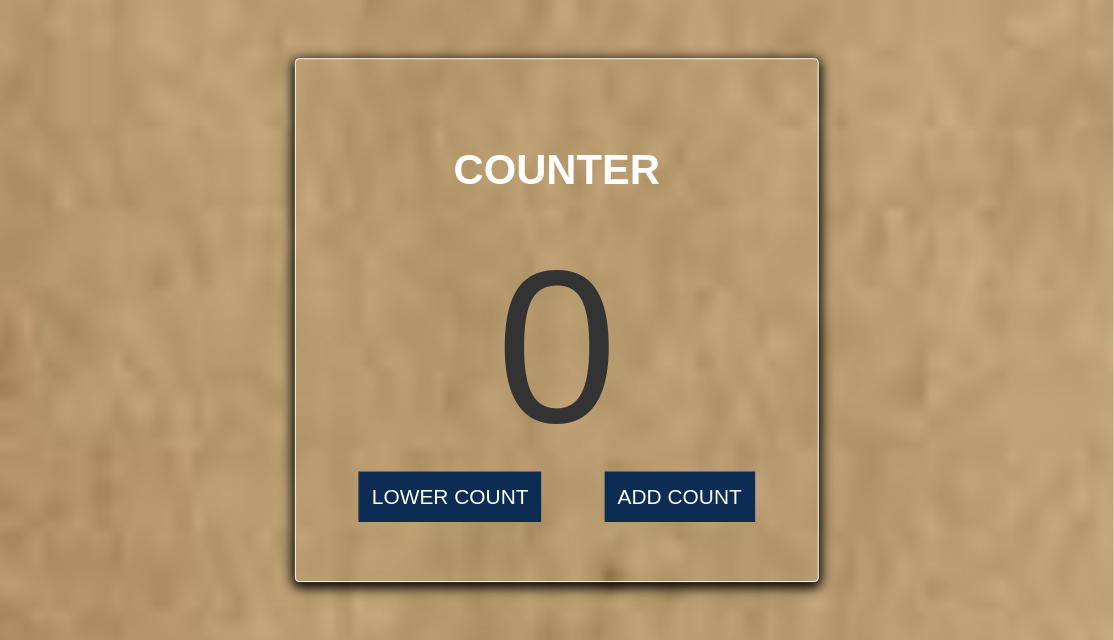
Repository: Hasmik-icml/counter
Page: index.html
An editor plug-in stored every save of this project. The page is shown before and after the next save, followed by the edit.
The browser window is 1280 px wide. The pictures show the whole page, at 87% of full size.

Above is the page before, as saved 2022-02-14 17:31:00.

### index.html
<!DOCTYPE html>
<html lang="en">
<head>
    <meta charset="UTF-8">
    <meta http-equiv="X-UA-Compatible" content="IE=edge">
    <meta name="viewport" content="width=device-width, initial-scale=1.0">
    <link rel="stylesheet" href="/style.css">
    <title>Document</title>
</head>
<body>
    <div class="container">
        <h1 class="counterHeader">COUNTER</h1>
        <div class="result">0</div>
        <div class="buttons">
            <button class="buttonLower button">LOWER COUNT</button>
            <button class="buttonAdd button">ADD COUNT</button>
    </div>
        <!--  -->


    </div>
    <script src="/index.js"></script>
</body>
</html>

### style.css
body{
    display:flex;
    flex-direction:column;
    justify-content:center;
    min-height:100vh;
    background-image: url("/Screenshot_14.png");
    background-repeat: no-repeat;
    background-size: cover;
}
.container {
    width: 600px;
    height: 600px;
    border: 1px solid white;
    border-radius: 5px;
    margin: auto;
    text-align: center;
    box-shadow: 0px 4px 13px 3px;
    display: flex;
    flex-direction: column;
    justify-content: center;
}
.counterHeader{
    color: white;
    font-family: sans-serif;
    font-size: xxx-large;
}
.result{
    color: #333333;
    font-family: sans-serif;
    font-size: 250px;
}
.button{
    background-color: #0c2c54;
    border-style: none;
    color: white;
    padding: 15px;
    font-family: sans-serif;
    font-size: x-large;
}
.buttons{
    display: flex;
    justify-content: space-evenly;
}

### index.js
const result = document.querySelector(".result");
const buttonLower = document.querySelector(".buttonLower");
const buttonAdd = document.querySelector(".buttonAdd");

buttonLower.addEventListener("click", function(){
    result.innerHTML--;
})
buttonAdd.addEventListener("click", function(){
    result.innerHTML++;
})

// function incrisOrDecris(){

// }
// document.querySelectorAll(".button").forEach(item => {
//     item.addEventListener("click", function(e){
//         console.log(e.target);
//         // this.innerHTML++;
//     })
// })

After the next save:
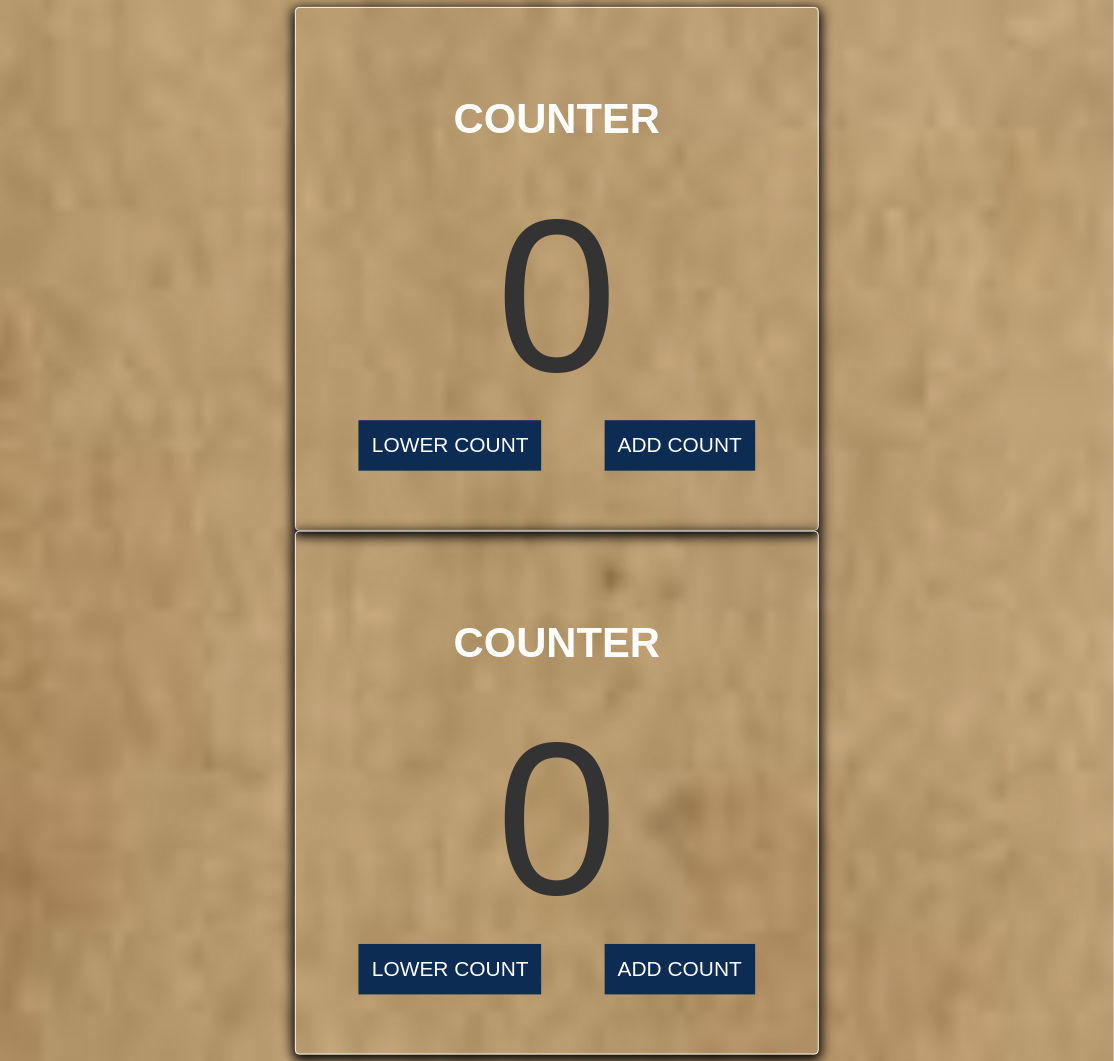
Saved 19 s later.
--- a/index.html
+++ b/index.html
@@ -19,6 +19,17 @@
 
 
     </div>
+    <div class="container">
+        <h1 class="counterHeader">COUNTER</h1>
+        <div class="result">0</div>
+        <div class="buttons">
+            <button class="buttonLower button">LOWER COUNT</button>
+            <button class="buttonAdd button">ADD COUNT</button>
+    </div>
+        <!--  -->
+
+
+    </div>
     <script src="/index.js"></script>
 </body>
 </html>
